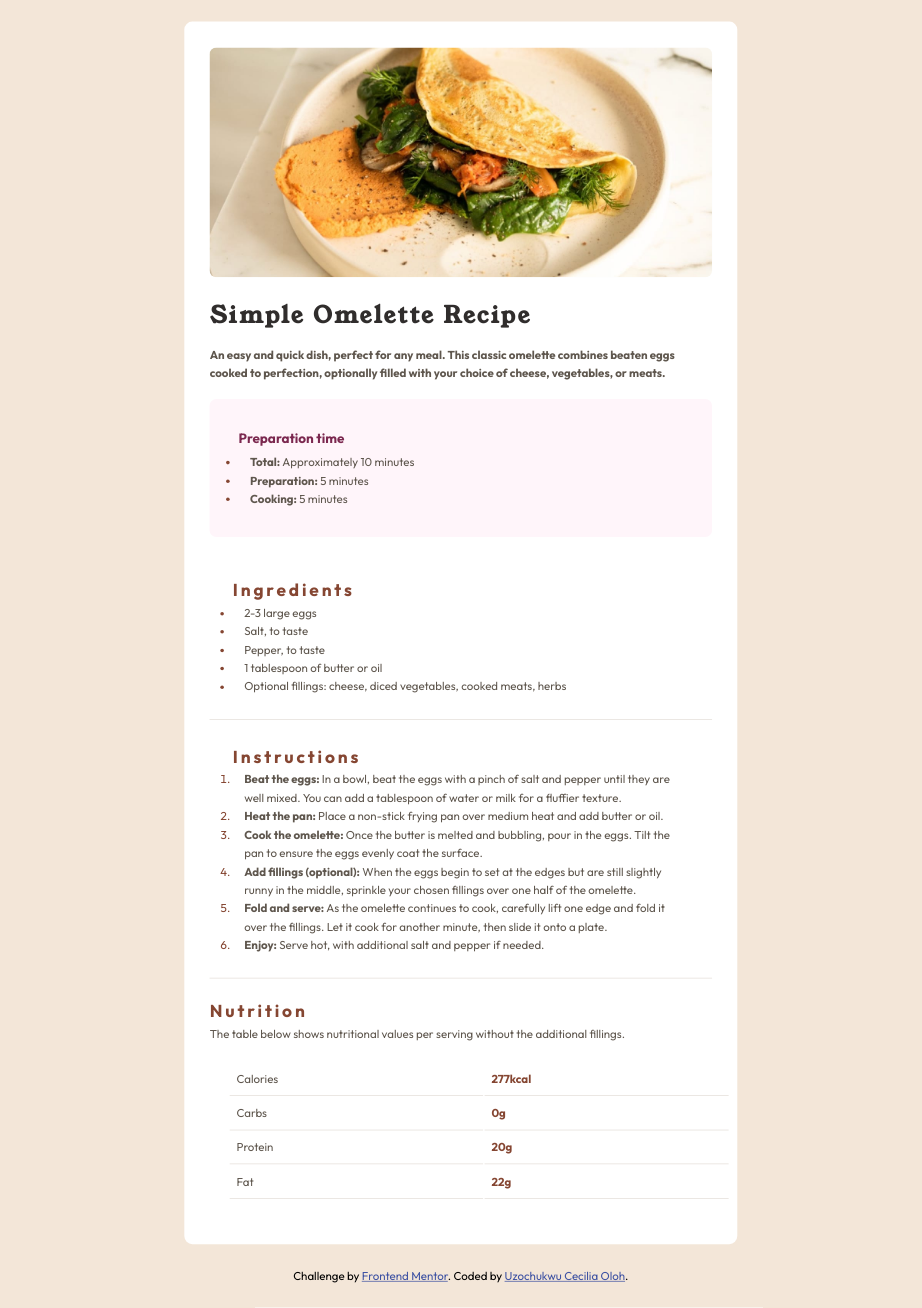
Repository: sodmaq/recipe-page-
Page: index.html
These files come from the project's save history. The page is drawn as it stood at one moment and after the next save; the edit follows.
The browser window is 1280 px wide. The pictures show the whole page, at 72% of full size.

Above is the page before, as saved 2024-09-07 19:32:45.

After the next save:
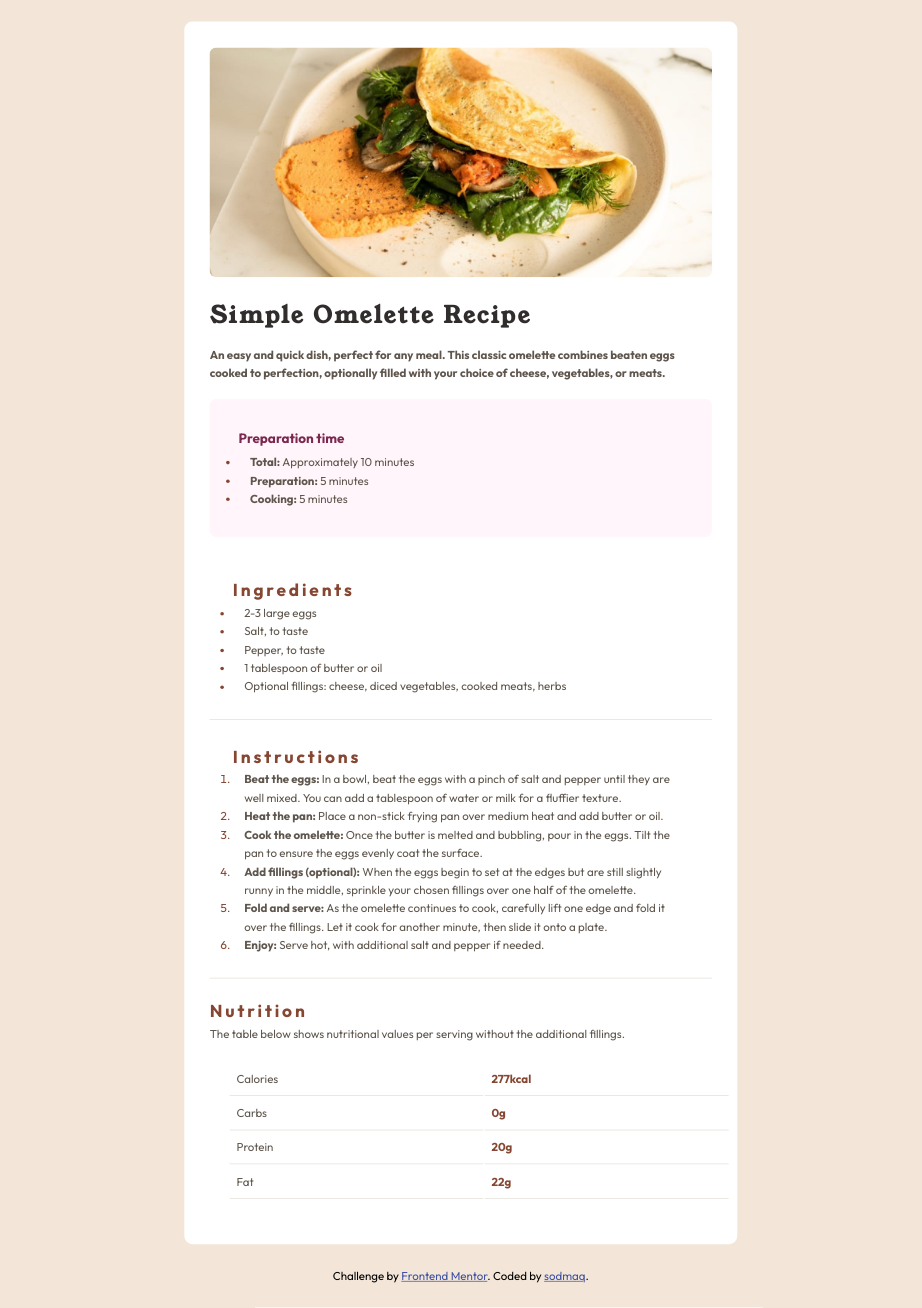
Saved 8 h 6 min later.
--- a/index.html
+++ b/index.html
@@ -115,7 +115,7 @@
       Challenge by
       <a href="https://www.frontendmentor.io?ref=challenge" target="_blank"
         >Frontend Mentor</a
-      >. Coded by <a href="#">Uzochukwu Cecilia Oloh</a>.
+      >. Coded by <a href="#">sodmaq</a>.
     </footer>
   </body>
 </html>

After the save that followed:
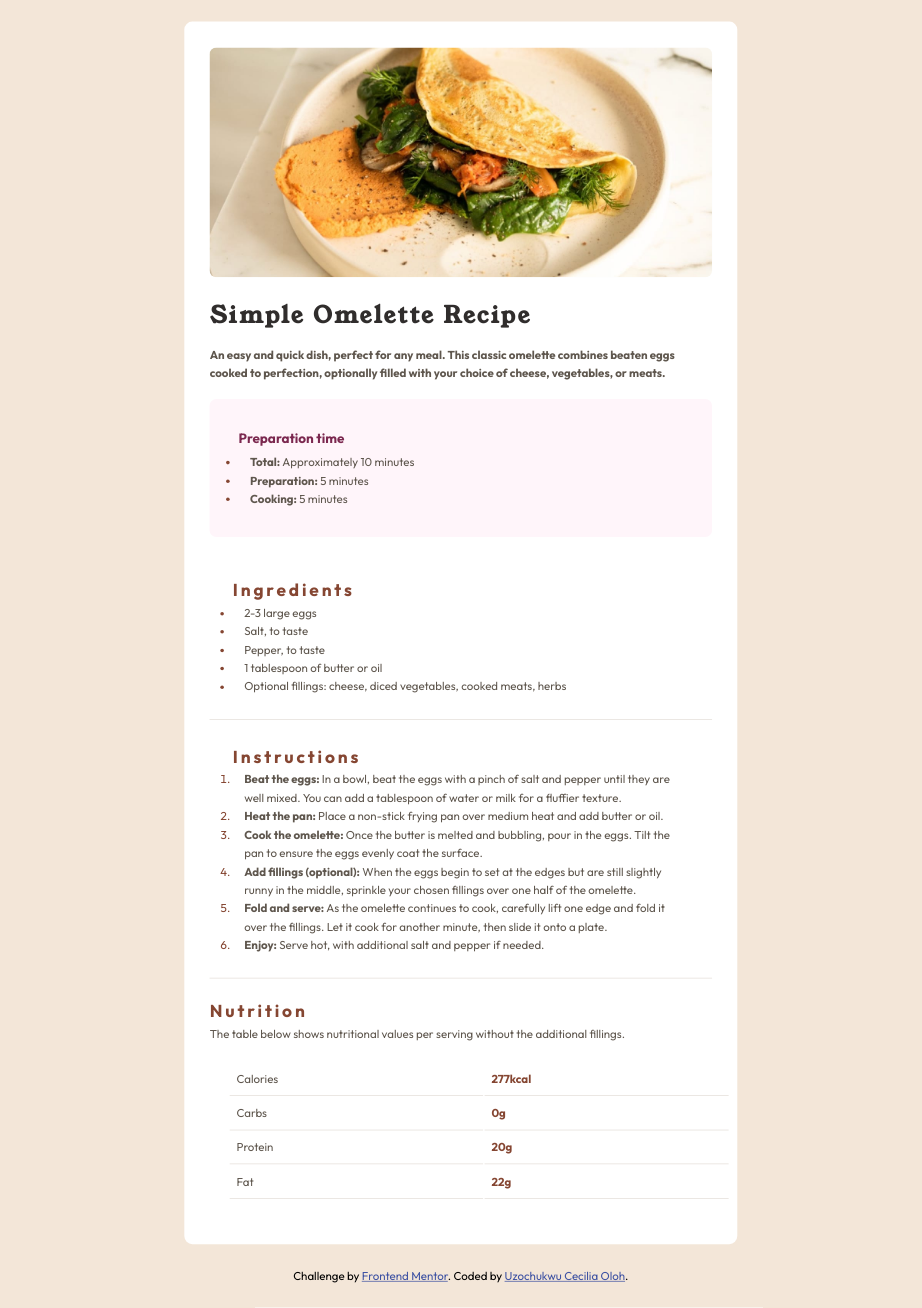
Saved 13 s later.
--- a/index.html
+++ b/index.html
@@ -115,7 +115,7 @@
       Challenge by
       <a href="https://www.frontendmentor.io?ref=challenge" target="_blank"
         >Frontend Mentor</a
-      >. Coded by <a href="#">sodmaq</a>.
+      >. Coded by <a href="#">Uzochukwu Cecilia Oloh</a>.
     </footer>
   </body>
 </html>
